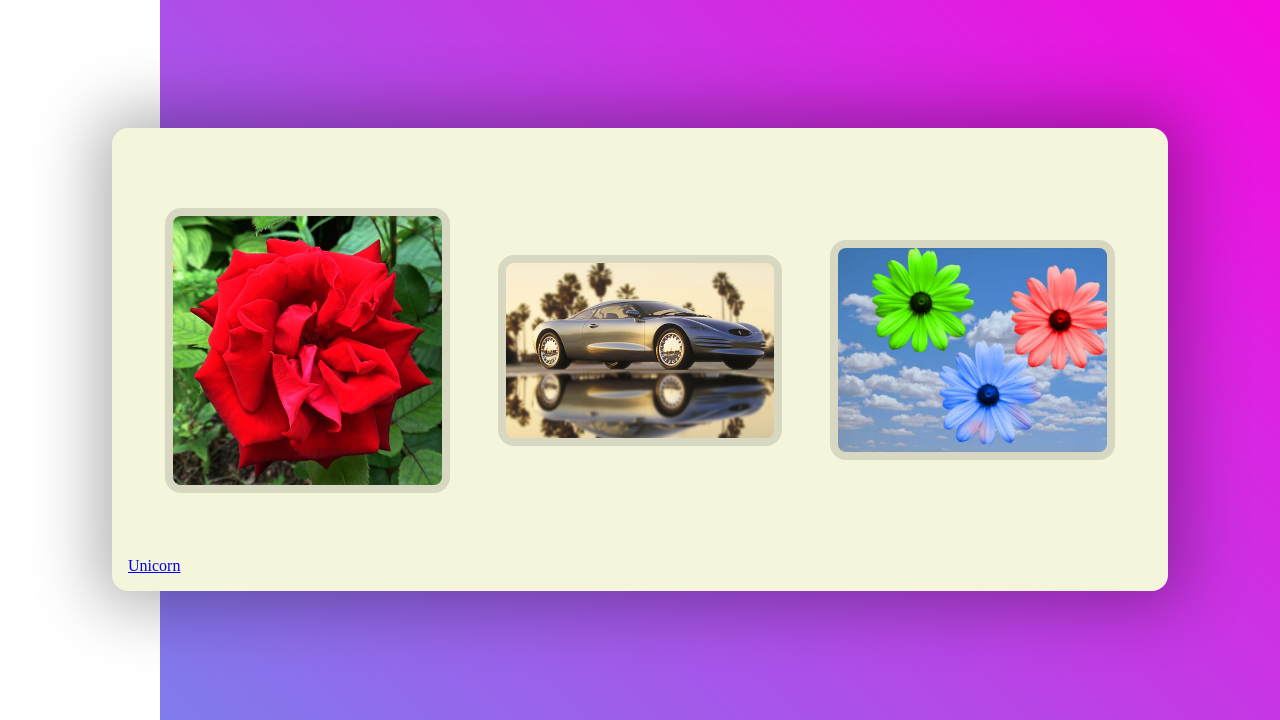
Repository: ViggoSkj/VGY
Page: ovningar/photoshopovning/photoshopovning.html
An editor plug-in stored every save of this project. The page is shown before and after the next save, followed by the edit.
The browser window is 1280 px wide. The pictures show the whole page.

Above is the page before, as saved 2022-11-27 12:17:09.

After the next save:
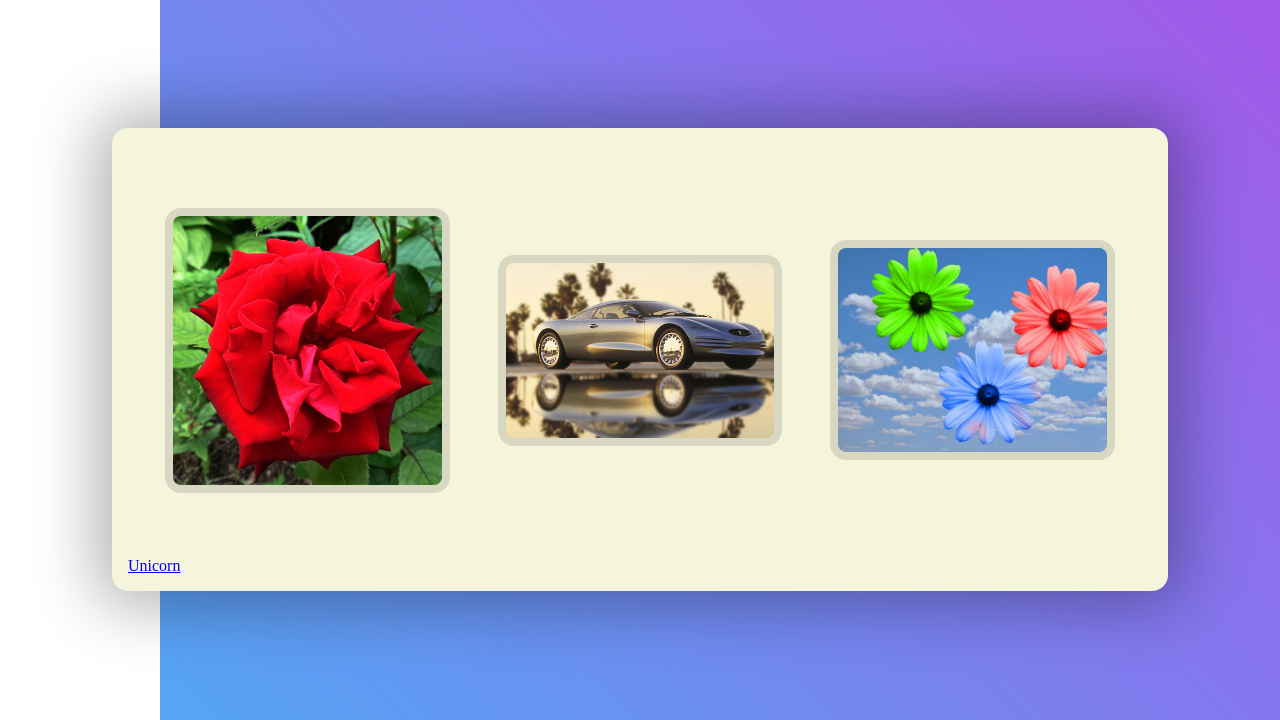
Saved 5 s later.
--- a/ovningar/photoshopovning/public/css/style.css
+++ b/ovningar/photoshopovning/public/css/style.css
@@ -1,6 +1,6 @@
 body
 {
-    background-image: linear-gradient(45deg, rgb(0, 247, 255) -100%, rgb(255, 0, 221) 100%);
+    background-image: linear-gradient(45deg, rgb(0, 247, 255) -100%, rgb(255, 0, 221) 200%);
     display: flex;
     height: 100%;
     margin: 0;
